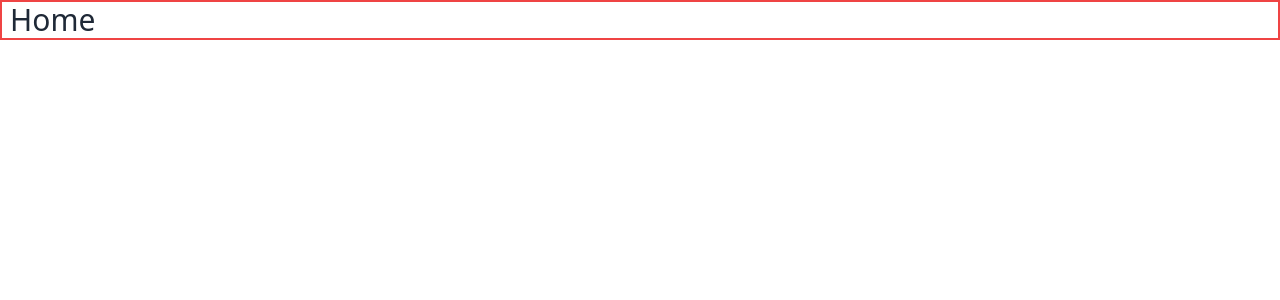
Repository: ShouravAhammed/Showcase
Page: /
An editor plug-in stored every save of this project. The page is shown before and after the next save, followed by the edit.
The browser window is 1280 px wide. The pictures show the whole page.
The project was rebuilt for these pictures with package versions that can differ from the ones it lists, and the page was loaded fresh each time. Also part of the build but not shown: vite.config.js, src/Pages/SignUp/SignUp.jsx, src/Pages/Login/Login.jsx.

Above is the page before, as saved 2024-08-17 01:53:53.

### src/main.jsx
import { StrictMode } from 'react'
import { createRoot } from 'react-dom/client'
import {
  RouterProvider,
} from "react-router-dom";
import './index.css'
import router from './Routes/Routes';

createRoot(document.getElementById('root')).render(
  <StrictMode>
    <RouterProvider router={router}/>
  </StrictMode>,
)

### src/index.css
/* Fonts from google fonts */
@import url('https://fonts.googleapis.com/css2?family=Poppins:ital,wght@0,100;0,200;0,300;0,400;0,500;0,600;0,700;0,800;0,900;1,100;1,200;1,300;1,400;1,500;1,600;1,700;1,800;1,900&display=swap');

@tailwind base;
@tailwind components;
@tailwind utilities;

### src/Routes/Routes.jsx
import {
    createBrowserRouter,
} from "react-router-dom";
import SignUp from "../Pages/SignUp/SignUp";
import Login from "../Pages/Login/Login";
import Root from "../Layouts/Root";

const router = createBrowserRouter([
    {
      path: "/",
      element: <Root/>,
    },
    {
        path: "/signUp",
        element: <SignUp/>
    },
    {
        path: "/Login",
        element: <Login/>
    }
  ]);
export default router;

### src/Layouts/Root.jsx
import Navbar from "../Components/Shared/Navbar";
import Home from "../Pages/Home/Home";


const Root = () => {
    return (
        <div className="font-Poppins">
            <Navbar/>

            <div className="max-w-7xl mx-auto border-2 border-red-500 px-2">
                <Home/>
            </div>
        </div>
    );
};

export default Root;

### src/Pages/Home/Home.jsx


const Home = () => {
    return (
        <div>
            <h3 className="text-3xl">Home</h3>
        </div>
    );
};

export default Home;

### tailwind.config.js
/** @type {import('tailwindcss').Config} */
import daisyui from "daisyui";
export default {
content: ["./index.html", "./src/**/*.{js,ts,jsx,tsx}"],
theme: {
extend: {
  fontFamily: {
    "Poppins": 'font-family: "Poppins", sans-serif;',
  },
},
},
plugins: [daisyui],
daisyui: { themes: ["light"] },
};

Loaded but not shown: index.html (common file); src/Components/Shared/Navbar.jsx (common file)

After the next save:
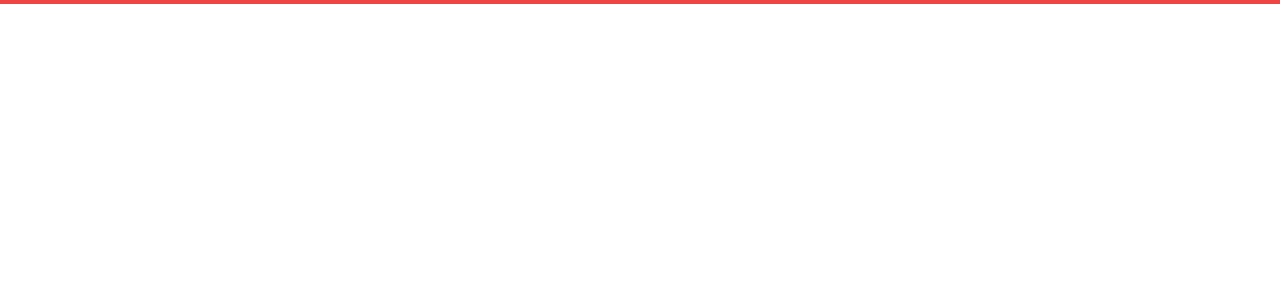
Saved 43 s later.
--- a/src/Layouts/Root.jsx
+++ b/src/Layouts/Root.jsx
@@ -1,3 +1,4 @@
+import { Outlet } from "react-router-dom";
 import Navbar from "../Components/Shared/Navbar";
 import Home from "../Pages/Home/Home";
 
@@ -8,7 +9,7 @@
             <Navbar/>
 
             <div className="max-w-7xl mx-auto border-2 border-red-500 px-2">
-                <Home/>
+                <Outlet/>
             </div>
         </div>
     );

After the 2 saves that followed:
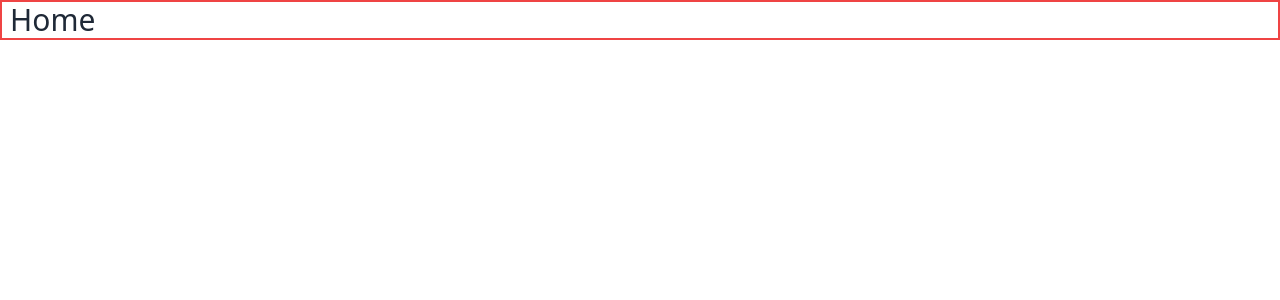
The 2 saves are shown as one change because 1 left the picture as it was.
The last was saved 79 s later.
--- a/src/Routes/Routes.jsx
+++ b/src/Routes/Routes.jsx
@@ -4,11 +4,18 @@ import {
 import SignUp from "../Pages/SignUp/SignUp";
 import Login from "../Pages/Login/Login";
 import Root from "../Layouts/Root";
+import Home from "../Pages/Home/Home";
 
 const router = createBrowserRouter([
     {
       path: "/",
       element: <Root/>,
+      children: [
+        {
+          path: "/",
+          element: <Home/>
+        },
+      ]
     },
     {
         path: "/signUp",
--- a/src/Layouts/Root.jsx
+++ b/src/Layouts/Root.jsx
@@ -1,6 +1,5 @@
 import { Outlet } from "react-router-dom";
 import Navbar from "../Components/Shared/Navbar";
-import Home from "../Pages/Home/Home";
 
 
 const Root = () => {
